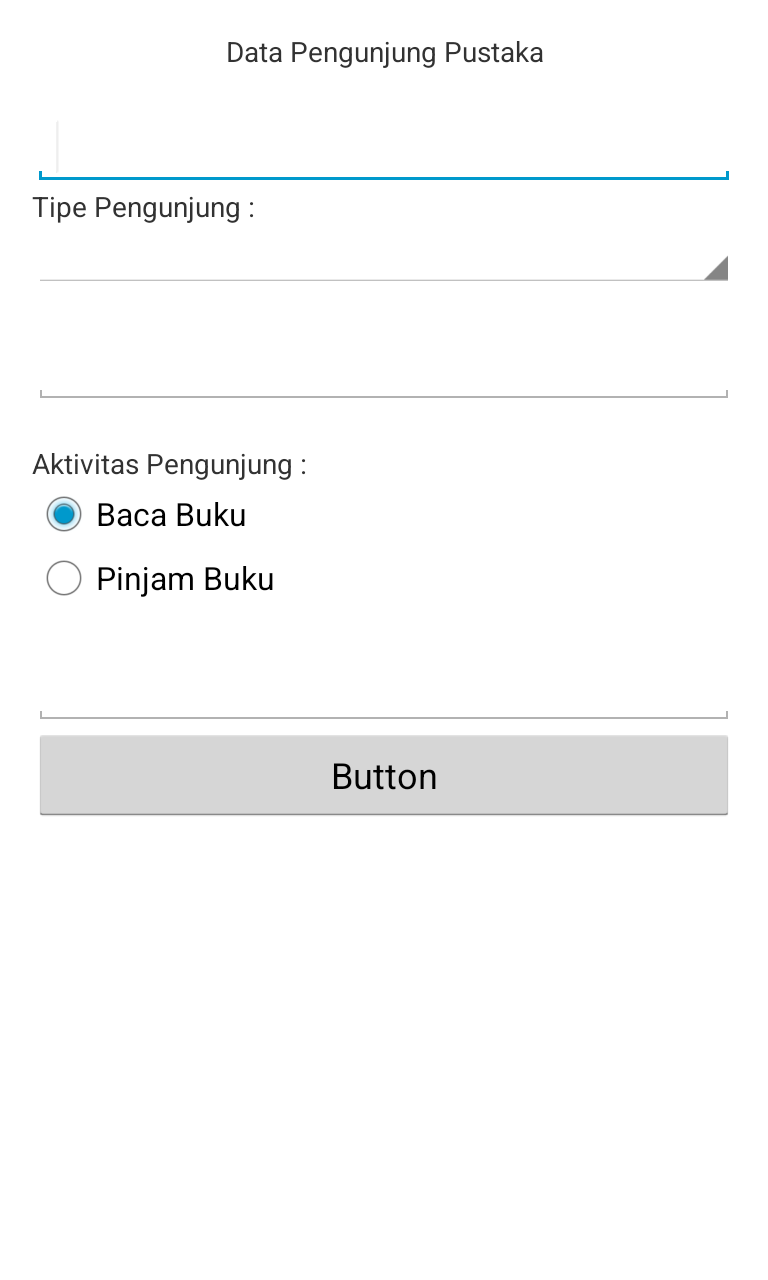
Repository: ikhsan-muhammad/mobile_programming
Layout: Kumpulan Project/Mobile_Muhammad_Ikhsan_19101152630175_IF5/res/layout/activity_page2.xml
The author's editor kept a copy of each file at every save. The layout is drawn from the files as they stood at one save, then again after the next save.
It is drawn on a 768 x 1280 px phone screen (xhdpi) without system bars, with theme AppTheme; the app's code is not run.

Above is the layout before, as saved 2022-07-13 01:38:38.

### Kumpulan Project/Mobile_Muhammad_Ikhsan_19101152630175_IF5/res/layout/activity_page2.xml
<RelativeLayout xmlns:android="http://schemas.android.com/apk/res/android"
    xmlns:tools="http://schemas.android.com/tools"
    android:layout_width="match_parent"
    android:layout_height="match_parent"
    android:paddingBottom="@dimen/activity_vertical_margin"
    android:paddingLeft="@dimen/activity_horizontal_margin"
    android:paddingRight="@dimen/activity_horizontal_margin"
    android:paddingTop="@dimen/activity_vertical_margin"
    tools:context=".Page2Activity" >

    <LinearLayout
        android:layout_width="match_parent"
        android:layout_height="wrap_content"
        android:layout_alignParentTop="true"
        android:orientation="vertical" >

        <TextView
            android:id="@+id/textView1"
            android:layout_width="match_parent"
            android:layout_height="wrap_content"
            android:gravity="center"
            android:text="Data Pengunjung Pustaka" />

        <LinearLayout
            android:layout_width="match_parent"
            android:layout_height="wrap_content"
            android:orientation="vertical" >

            <TextView
                android:id="@+id/textView2"
                android:layout_width="match_parent"
                android:layout_height="wrap_content"
                android:text=" " />

            <LinearLayout
                android:layout_width="match_parent"
                android:layout_height="wrap_content"
                android:orientation="vertical" >

                <EditText
                    android:id="@+id/edit_noreg"
                    android:layout_width="match_parent"
                    android:layout_height="wrap_content"
                    android:ems="10" >

                    <requestFocus />
                </EditText>

                <LinearLayout
                    android:layout_width="match_parent"
                    android:layout_height="wrap_content"
                    android:orientation="vertical" >

                    <TextView
                        android:id="@+id/textView3"
                        android:layout_width="match_parent"
                        android:layout_height="wrap_content"
                        android:text="Tipe Pengunjung :" />

                    <LinearLayout
                        android:layout_width="match_parent"
                        android:layout_height="wrap_content"
                        android:orientation="vertical" >

                        <Spinner
                            android:id="@+id/sp"
                            android:layout_width="match_parent"
                            android:layout_height="wrap_content" />

                        <LinearLayout
                            android:layout_width="match_parent"
                            android:layout_height="wrap_content"
                            android:orientation="vertical" >

                            <TextView
                                android:id="@+id/textView4"
                                android:layout_width="match_parent"
                                android:layout_height="wrap_content"
                                android:text=" " />

                            <LinearLayout
                                android:layout_width="match_parent"
                                android:layout_height="wrap_content"
                                android:orientation="vertical" >

                                <EditText
                                    android:id="@+id/edit_nama"
                                    android:layout_width="match_parent"
                                    android:layout_height="wrap_content"
                                    android:ems="10" />

                                <LinearLayout
                                    android:layout_width="match_parent"
                                    android:layout_height="wrap_content"
                                    android:orientation="vertical" >

                                    <TextView
                                        android:id="@+id/textView5"
                                        android:layout_width="match_parent"
                                        android:layout_height="wrap_content"
                                        android:text=" " />

                                    <LinearLayout
                                        android:layout_width="match_parent"
                                        android:layout_height="wrap_content"
                                        android:orientation="vertical" >

                                        <TextView
                                            android:id="@+id/textView6"
                                            android:layout_width="match_parent"
                                            android:layout_height="wrap_content"
                                            android:text="Aktivitas Pengunjung : " />

                                        <LinearLayout
                                            android:layout_width="match_parent"
                                            android:layout_height="wrap_content"
                                            android:orientation="vertical" >

                                            <RadioGroup
                                                android:id="@+id/rg"
                                                android:layout_width="match_parent"
                                                android:layout_height="wrap_content" >

                                                <RadioButton
                                                    android:id="@+id/rb1"
                                                    android:layout_width="match_parent"
                                                    android:layout_height="wrap_content"
                                                    android:checked="true"
                                                    android:text="Baca Buku" />

                                                <RadioButton
                                                    android:id="@+id/rb2"
                                                    android:layout_width="match_parent"
                                                    android:layout_height="wrap_content"
                                                    android:text="Pinjam Buku" />
                                            </RadioGroup>

                                            <LinearLayout
                                                android:layout_width="match_parent"
                                                android:layout_height="wrap_content"
                                                android:orientation="vertical" >

                                                <TextView
                                                    android:id="@+id/textView7"
                                                    android:layout_width="match_parent"
                                                    android:layout_height="wrap_content"
                                                    android:text=" " />

                                                <LinearLayout
                                                    android:layout_width="match_parent"
                                                    android:layout_height="wrap_content"
                                                    android:orientation="vertical" >

                                                    <EditText
                                                        android:id="@+id/edit_lama"
                                                        android:layout_width="match_parent"
                                                        android:layout_height="wrap_content"
                                                        android:ems="10" />

                                                    <LinearLayout
                                                        android:layout_width="match_parent"
                                                        android:layout_height="wrap_content"
                                                        android:orientation="vertical" >

                                                        <Button
                                                            android:id="@+id/button1"
                                                            android:layout_width="match_parent"
                                                            android:layout_height="wrap_content"
                                                            android:text="Button" />

                                                    </LinearLayout>

                                                </LinearLayout>

                                            </LinearLayout>

                                        </LinearLayout>
                                    </LinearLayout>
                                </LinearLayout>
                            </LinearLayout>
                        </LinearLayout>
                    </LinearLayout>
                </LinearLayout>
            </LinearLayout>
        </LinearLayout>
    </LinearLayout>

</RelativeLayout>

Loaded but not shown: Kumpulan Project/Mobile_Muhammad_Ikhsan_19101152630175_IF5/res/values/styles.xml (common file); Kumpulan Project/Mobile_Muhammad_Ikhsan_19101152630175_IF5/res/values-v11/styles.xml (common file); Kumpulan Project/Mobile_Muhammad_Ikhsan_19101152630175_IF5/res/values-v14/styles.xml (common file); Kumpulan Project/Mobile_Muhammad_Ikhsan_19101152630175_IF5/res/values/dimens.xml (common file)

After the next save:
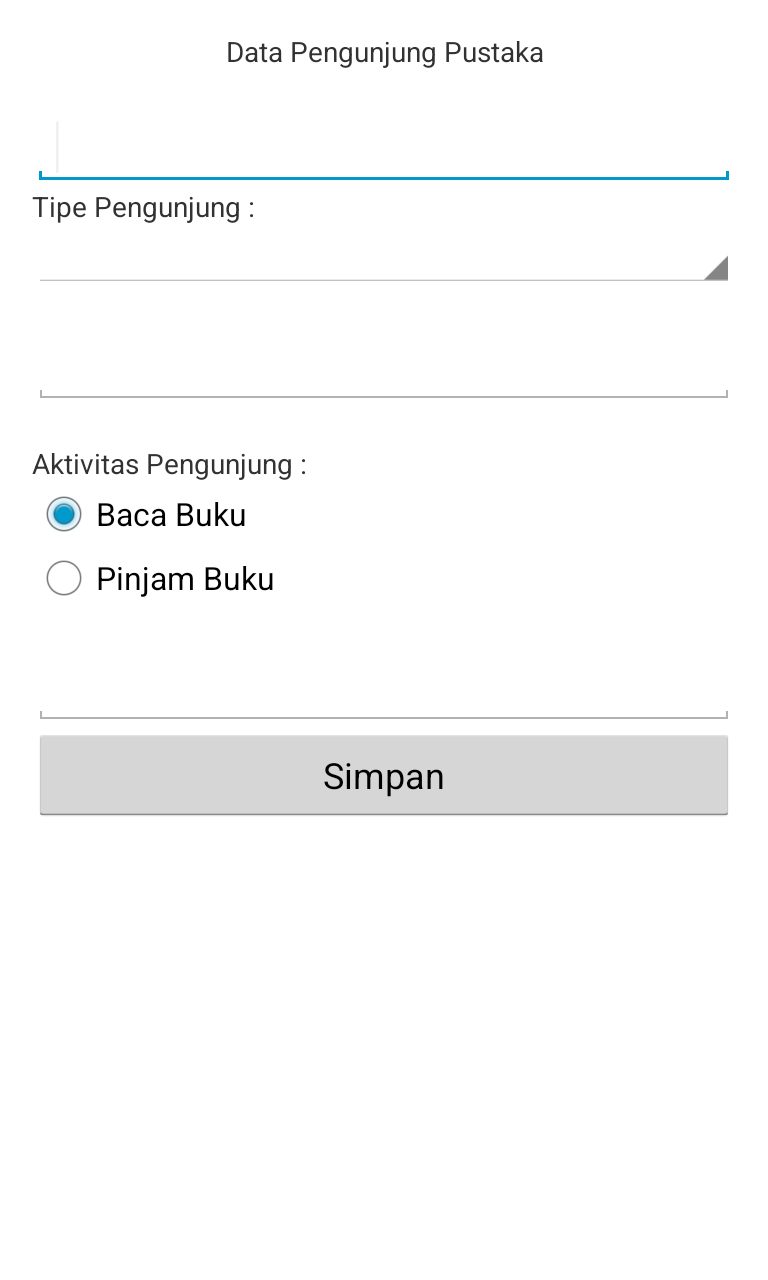
Saved 15 s later.
--- a/Kumpulan Project/Mobile_Muhammad_Ikhsan_19101152630175_IF5/res/layout/activity_page2.xml
+++ b/Kumpulan Project/Mobile_Muhammad_Ikhsan_19101152630175_IF5/res/layout/activity_page2.xml
@@ -163,10 +163,10 @@
                                                         android:orientation="vertical" >
 
                                                         <Button
-                                                            android:id="@+id/button1"
+                                                            android:id="@+id/btn_simpan"
                                                             android:layout_width="match_parent"
                                                             android:layout_height="wrap_content"
-                                                            android:text="Button" />
+                                                            android:text="Simpan" />
 
                                                     </LinearLayout>
 
